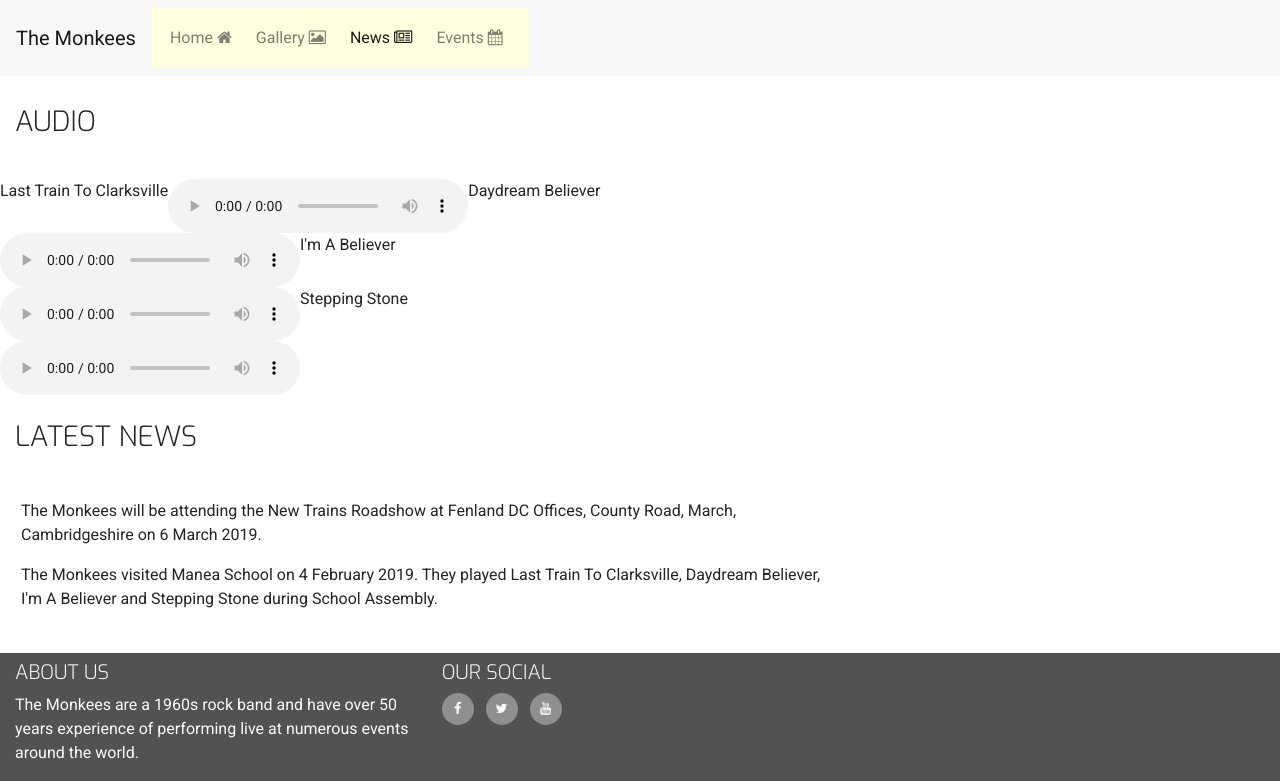
Repository: Code-Institute-Submissions/ucd-band
Page: news.html
The author's editor kept a record of every edit. The page is drawn from the files as they stood at one moment, then again after the next edit.
The browser window is 1280 px wide. The pictures show the whole page.

Above is the page before.

### news.html
<!DOCTYPE html>
<html>
    <head>
    <meta name="viewport" content="width=device-width, initial-scale=1">
    <!-- Display Title in the Browser Window -->
    <title>The Monkees - News Page</title>
    <!-- Load Style Sheets -->
    <link rel="stylesheet" href="https://maxcdn.bootstrapcdn.com/bootstrap/4.3.1/css/bootstrap.min.css" integrity="sha384-ggOyR0iXCbMQv3Xipma34MD+dH/1fQ784/j6cY/iJTQUOhcWr7x9JvoRxT2MZw1T" crossorigin="anonymous">
    <link rel="stylesheet" href="https://maxcdn.bootstrapcdn.com/font-awesome/4.7.0/css/font-awesome.min.css" type="text/css" />
    <link rel="stylesheet" href="assets/css/style.css" type="text/css" />

</head>
<body>
 <!-- Set Up Navigation -->
  <nav class="navbar navbar-light bg-light navbar-expand-sm fixed-top">

            <!-- Set Up Brand -->
            <a href="index.html" class="navbar-brand" title="The Monkees">The Monkees</a>

            <!-- Set Up Navbar Toggler -->
             <button class="navbar-toggler" type="button" data-toggle="collapse" data-target="#navbarSupportedContent" aria-controls="navbarSupportedContent" aria-expanded="false" aria-label="Toggle navigation">
    <span class="navbar-toggler-icon"></span>
  </button>

            <!-- Set Up Navbar Links -->
            <div class="collapse navbar-collapse" id="navbarSupportedContent">
            <!-- Set Up Navbar with Icons -->
                <ul class="navbar-nav mr-auto">

                    <li class="nav-item mr-2"><a class="nav-link" href="index.html">Home <i class="fa fa-home" aria-hidden="true"></i></a></li>
                    <li class="nav-item mr-2"><a class="nav-link" a href="gallery.html">Gallery <i class="fa fa-picture-o" aria-hidden="true"></i></a></li>
                    <li class="active nav-item mr-2"><a class="nav-link" a href="news.html">News <i class="fa fa-newspaper-o" aria-hidden="true"></i></a></li>
                    <li class="nav-item mr-2"><a class="nav-link" href="events.html">Events <i class="fa fa-calendar" aria-hidden="true"></i></a></li>
                </ul>
            </div>

 </nav>

    <section class="container-fluid">
            <div class="row">

                <div class="col-xs-12 col-sm-12 col-md-6 bg-color-audio section-column">
                    <div class="row">
                        <div class="col-sm-12">
                            <h3 class="section-heading uppercase">Audio</h3>
                        </div>

                        <!-- Display Audio -->
                        <p class="audio-description">Last Train To Clarksville</p>
                        <audio controls>
                            <source src="assets/audio/Clarksville.mp3" type="audio/mpeg">
                            Your browser does not support the audio tag
                        </audio>

                        <p class="audio-description">Daydream Believer</p>
                        <audio controls>
                            <source src="assets/audio/DaydreamBeliever.mp3" type="audio/mpeg">
                            Your browser does not support the audio tag
                        </audio>

                        <p class="audio-description">I'm A Believer</p>
                        <audio controls>
                            <source src="assets/audio/ImABeliever.mp3" type="audio/mpeg">
                            Your browser does not support the audio tag
                        </audio>

                        <p class="audio-description">Stepping Stone</p>
                        <audio controls>
                            <source src="assets/audio/SteppingStone.mp3" type="audio/mpeg">
                            Your browser does not support the audio tag
                        </audio>
                    </div>

                   </div>
                <div class="col-xs-12 col-sm-12 col-md-8">
                    <div class="row">
                        <div class="col-sm-12">
                            <h3 class="section-heading uppercase">Latest News</h3>
                        </div>
                    </div>
                    <!-- Set Up News Items -->
                    <div class="news-item">
                        <p class="news-description">The Monkees will be attending the New Trains Roadshow
                        at Fenland DC Offices, County Road, March, Cambridgeshire
                        on 6 March 2019.</p>
                        <p class="news-description">The Monkees visited Manea School on 4 February 2019.
                        They played Last Train To Clarksville, Daydream Believer, I'm A Believer and Stepping Stone during School Assembly.</p>
                        </div>
                    </div>



            </div>
        </section>

    <!-- Provide footer details -->
    <footer class="container-fluid">
        <div class="row">
            <!-- Provide Information about The Monkees -->
            <div class="col-xs-12 col-sm-4 mt-2">
                <h5 class="uppercase general-sub">About Us</h5>
                <p class="inline-block">
                    The Monkees are a 1960s rock band and have over 50 years experience
                    of performing live at numerous events around the world.
                </p>
            </div>

            <!-- Provide Social Links (e.g. YouTube) -->
            <div class="col-xs-12 col-sm-8 mt-2">
                <h5 class="uppercase general-sub">Our Social</h5>
                <ul class="list-inline social-links">
                    <li class="list-inline-item"><a target="_blank" href="https://www.facebook.com/TheMonkees" title="Facebook"><i class="fa fa-facebook"></i></a></li>
                    <li class="list-inline-item"><a target="_blank" href="https://twitter.com/monkeesofficial" title="Twitter"><i class="fa fa-twitter"></i></a></li>
                    <li class="list-inline-item"><a target="_blank" href="https://www.youtube.com/user/themonkees" title="YouTube"><i class="fa fa-youtube"></i></a></li>
                </ul>

            </div>
        </div>
    </footer>
</body>
</html>

### assets/css/style.css
/* Import Font */


@import url('https://fonts.googleapis.com/css?family=Roboto:100,200,300,400,500,600,700|Exo:100,200,300,400,500,600,700');

/* Body */

body {

    font-family: "Roboto", Arial, Verdana, sans-serif;
    padding-top: 80px;

}

/* Navbar Styles */

.navbar-nav {

    background-color: lightyellow;

    padding: 10px;

}

.navbar {

    margin-bottom: 0;
    border: 0;
    width: 100%;

}

/* Special Padding/Margins/Text */

h1, h2, h3, h4 {
    margin: 0;
}

.uppercase {
    text-transform: uppercase;
}

.general-sub {
    font-family: "Exo", Arial, Verdana, sans-serif;
    font-weight: 300;
    color: #fafafa;
}

.inline-block {
    display: inline-block;
}

.row-table {
    display: table;
}

.section-heading {
    font-family: "Exo", Arial, Verdana, sans-serif;
    font-weight: 300;
    margin-top: 25px;
    margin-bottom: 40px;
}

/* Download PDF Styles */

.events-pdf {
    color: green;
    text-align: center;
    font-size: 18px;
    padding-left: 5px;
}

.events-pdf i:hover {
    color: purple;
    transition: all 0.35s ease-in-out;
    -moz-transition: all 0.35s ease-in-out;
    -webkit-transition: all 0.35s ease-in-out;
    -o-transition: all 0.35s ease-in-out;
}


/* Footer */

footer {
    background-color: #525252;
    color: #fafafa;
    min-height: 120px;
    margin: 0;
}



.social-links {
    padding-bottom: 15px;
}

.social-links li a i {
    width: 32px;
    height: 32px;
    padding: 12px 0px;
    border-radius: 50%;
    font-size: 13px;
    line-height: 7px;
    text-align: center;
    color: #fafafa;
    background: #8f8f8f;
    transition: all 0.35s ease-in-out;
    -moz-transition: all 0.35s ease-in-out;
    -webkit-transition: all 0.35s ease-in-out;
    -o-transition: all 0.35s ease-in-out;

}

.social-links li a i:hover {
    background: #e84610;

}



/* Welcome */

.welcome-item {
    margin-bottom: 20px;
    display: block;
    clear: both;
    padding: 8px;
}

.contents-item {
    font-family: "Roboto", Arial, Verdana, sans-serif;
    font-weight: 400;
}

/* News */

.news-item {
    margin-bottom: 20px;
    display: block;
    clear: both;
    padding: 6px;
}

.news-description {
    font-family: "Roboto", Arial, Verdana, sans-serif;
    font-weight: 400;
}

/* Audio */
.audio-description {
    font-family: "Roboto", Arial, Verdana, sans-serif;
    font-weight: 400;
}




/* Table Styles */

th {
    background-color: lightblue;
}


/* Gallery */
div .desc {
    padding: 15px;
    text-align: center;
}

div .gallery {
    border: 1px solid #676767;
}

div .gallery:hover {
    border: 1px solid #e84610;
}

div .gallery img {
    height: auto;
    width: 100%;
}

hr {
    border: 1px solid black;
}

img {
    display: block;
    margin: auto;
}

.responsive {
    padding: 4px 10px;
    float: left;
    width: 20%;
}

.img-clearfix:after {
    content: "";
    display: table;
    clear: both;
}

/* Media Queries */

@media only screen and (min-width: 501px) and (max-width: 700px) {
    .responsive {
        width: 50%;
        margin: 6px 0px;
    }
}

@media only screen and (max-width: 500px) {
    .responsive {
        width: 100%;
    }
}

After the next edit:
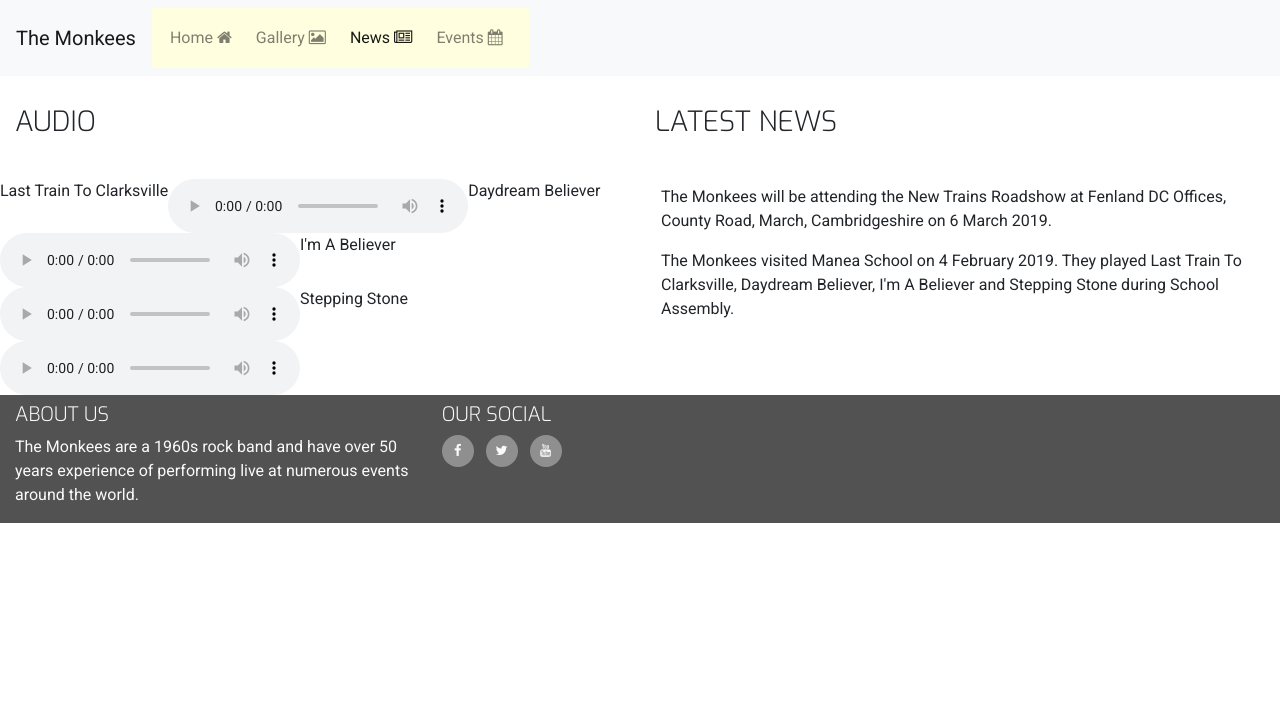
The edit:
--- a/news.html
+++ b/news.html
@@ -72,7 +72,7 @@
                     </div>
 
                    </div>
-                <div class="col-xs-12 col-sm-12 col-md-8">
+                <div class="col-xs-12 col-sm-12 col-md-6">
                     <div class="row">
                         <div class="col-sm-12">
                             <h3 class="section-heading uppercase">Latest News</h3>
